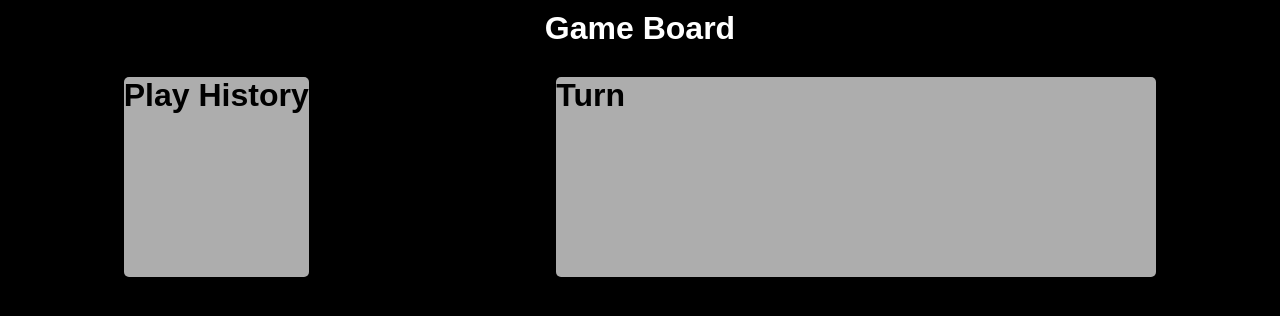
Repository: programmer686/Mastermind-with-Next.js
Page: /, after clicking the first element matching `button.StartScreen_51d34_startscreen__play_button`
The author's editor kept a copy of each file at every save. The page is drawn from the files as they stood at one save, then again after the next save.
The browser window is 1280 px wide. The pictures show the whole page.
The project was rebuilt for these pictures with package versions that can differ from the ones it lists, and the page was loaded fresh each time. The framework's server and built-in components were replaced by stand-ins that run in the browser. Also part of the build but not shown: next.config.js, src/styles/StartScreen.module.css.

Above is the page before, as saved 2023-07-15 19:30:58.

### src/pages/index.js

import Head from 'next/head'
import Image from 'next/image'
import { Inter } from 'next/font/google'
import styles from '@/styles/Home.module.css'
import StartScreen from '@/comps/StartScreen'
import { useState } from 'react'
import GameBoard from '@/comps/GameBoard'

const inter = Inter({ subsets: ['latin'] })

export default function Home() {
  const [startGame, setStartGame] = useState(true);

  function handleStart() {
    setStartGame(prev => prev ? prev == false : prev == prev);
  }
  return (
    <>
      <Head>
        <title>Create Next App</title>
        <meta name="description" content="Generated by create next app" />
        <meta name="viewport" content="width=device-width, initial-scale=1" />
        <link rel="icon" href="/favicon.ico" />
      </Head>
     <main className={styles.index__body}>
        {startGame ? <StartScreen handleStart={handleStart}/> : <GameBoard/>}
     </main>
    </>
  )
}

### src/styles/Home.module.css


.index__body {
  margin: 0;
  padding: 0;
  box-sizing: border-box;
  width: 100vw;
  height: 100vh;
  background-color: black;
}

### src/comps/StartScreen.js
import styles from '@/styles/StartScreen.module.css'

export default function StartScreen(props) {
    return (
        <main className={styles.startscreen__body}>
            <p className={styles.startscreen__game_name}>Mastermind Game</p>
            <button onClick={props.handleStart} className={styles.startscreen__play_button}>Play Game</button>
        </main>
    )
}

### src/comps/GameBoard.js
import styles from '@/styles/GameBoard.module.css'
import PastPlay from './PastPlay'
import GamePlay from './GamePlay'
import { useState } from 'react'

export default function GameBoard() {
    const [userInput, setUserInput] = useState()

    function handleInput(e) {
        const {value} = e.target
        setText(value)
        let wordNum = text.split(" ").length
        setWordCount(wordNum)
    }

    console.log(userInput)

    return (
        <main>
            <div className={styles.GameBoard__header}>
                <h1 className={styles.GameBoard__name}>Game Board</h1>
            </div>
            <div className={styles.GameBoard__body}>
                <PastPlay/>
                <GamePlay handleInput={handleInput}/>
            </div>
        </main>
    )
}

### src/styles/GameBoard.module.css
.GameBoard__header {
    width: 100%;
    padding: 10px 0px;
    text-align: center;
}

.GameBoard__body {
    width: 100%;
    padding: 20px 0px;
    display: flex;
    justify-content: space-around;
    align-items: center;
}

.GameBoard__name {
    font-weight: bolder;
    font-family: Arial, Helvetica, sans-serif;
    color: white;
}

### src/comps/PastPlay.js
import styles from '@/styles/PastPlay.module.css'

export default function PastPlay() {
    return (
        <main className={styles.PastPlay__board}>
            <h1 className={styles.PastPlay__name}>Play History</h1>
        </main>
    )
}

### src/comps/GamePlay.js
import styles from '@/styles/GamePlay.module.css'

export default function GamePlay() {
    return (
        <main className={styles.GamePlay__board }>
            <h1 className={styles.GamePlay__title}>Turn</h1>
        </main>
    )
}

### src/styles/PastPlay.module.css
.PastPlay__board {
    max-width: 300px;
    border-radius: 5px;

    min-height: 200px;
    background: rgb(173, 173, 173);
}


.PastPlay__name {
    font-weight: bolder;
    font-family: Arial, Helvetica, sans-serif;
    color: black;
}

### src/styles/GamePlay.module.css
.GamePlay__board {
    width: 600px;
    border-radius: 5px;
    min-height: 200px;
    background: rgb(173, 173, 173);
}

.GamePlay__title {
    font-weight: bolder;
    font-family: Arial, Helvetica, sans-serif;
    color: black;
}

Loaded but not shown: src/pages/_app.js (common file); src/pages/_document.js (common file); src/styles/globals.css (common file)

After the next save:
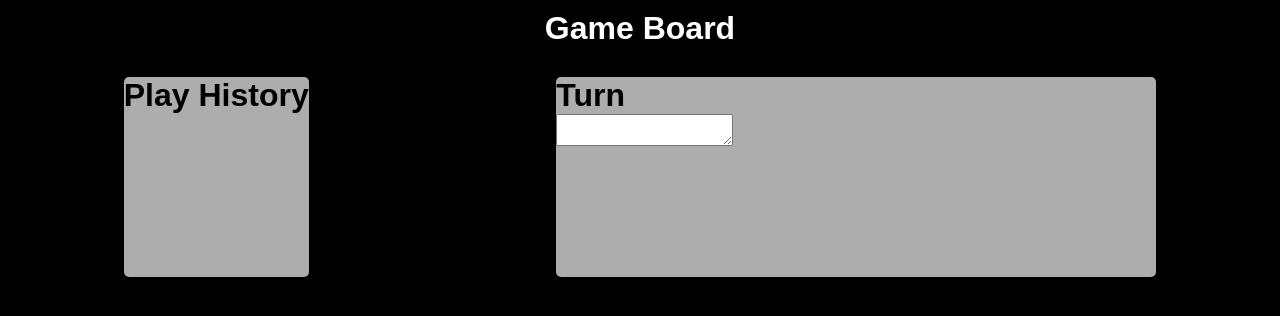
Saved 30 s later.
--- a/src/comps/GamePlay.js
+++ b/src/comps/GamePlay.js
@@ -1,9 +1,10 @@
 import styles from '@/styles/GamePlay.module.css'
 
-export default function GamePlay() {
+export default function GamePlay(props) {
     return (
         <main className={styles.GamePlay__board }>
             <h1 className={styles.GamePlay__title}>Turn</h1>
+            <textarea onChange={props.handleInput}/>
         </main>
     )
 }
